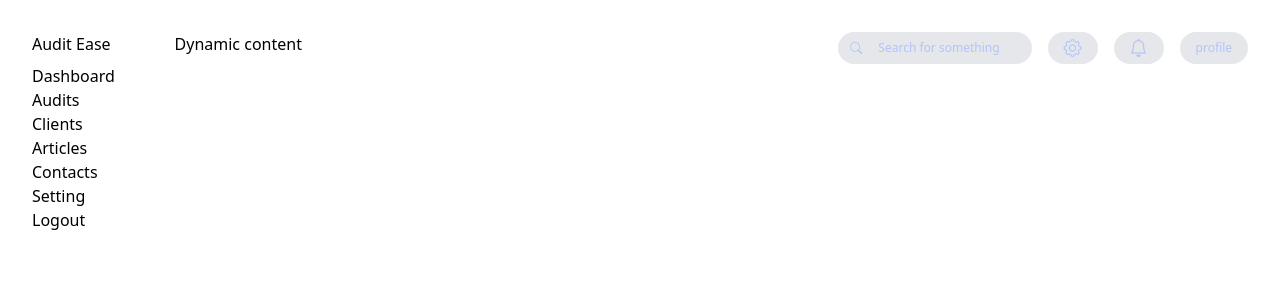
Repository: EclipticCode/Audit-Ease-FE
Page: /
The author's editor kept a copy of each file at every save. The page is drawn from the files as they stood at one save, then again after the next save.
The browser window is 1280 px wide. The pictures show the whole page.
Some web libraries are served in a nearby version. The project was rebuilt for these pictures with package versions that can differ from the ones it lists, and the page was loaded fresh each time. Also part of the build but not shown: vite.config.js, Login.jsx, src/Navbar.jsx.

Above is the page before, as saved 2025-03-27 21:16:30.

After the next save:
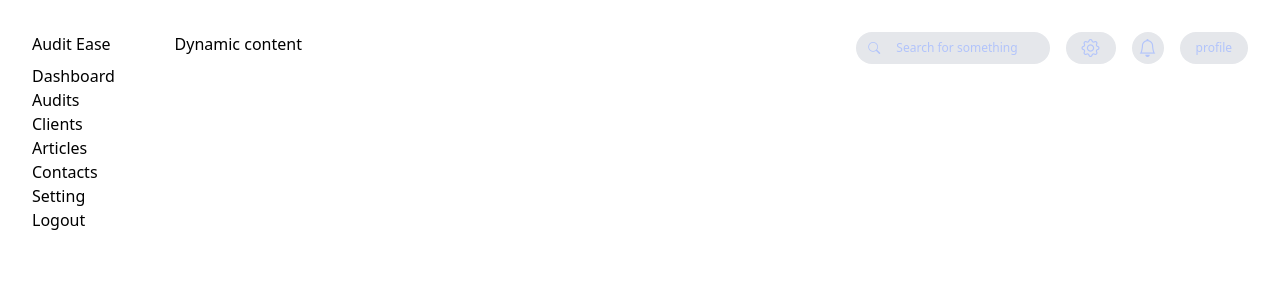
Saved 8 s later.
--- a/src/NavandSideBar.jsx
+++ b/src/NavandSideBar.jsx
@@ -13,7 +13,7 @@ const NavandSideBar = () => {
               <span><i className="bi bi-search pr-4"></i></span> <span>Search for something</span>
             </div>
             <div className="bg-gray-200 flex items-center justify-center rounded-full text-lg p-4 w-auto h-4 text-soft-primary"><i className="bi bi-gear"></i></div>
-            <div className="bg-gray-200 flex items-center justify-center rounded-full text-lg p-4 w-auto h-4 text-soft-primary"><i className="bi bi-bell"></i></div>
+            <div className="bg-gray-200 flex items-center justify-center rounded-full text-lg p-4 w-4 h-4 text-soft-primary"><i className="bi bi-bell"></i></div>
             <div className="bg-gray-200 flex items-center justify-center rounded-full text-xs p-4 w-auto h-4 text-soft-primary">profile</div>
             </div>
         </div>
